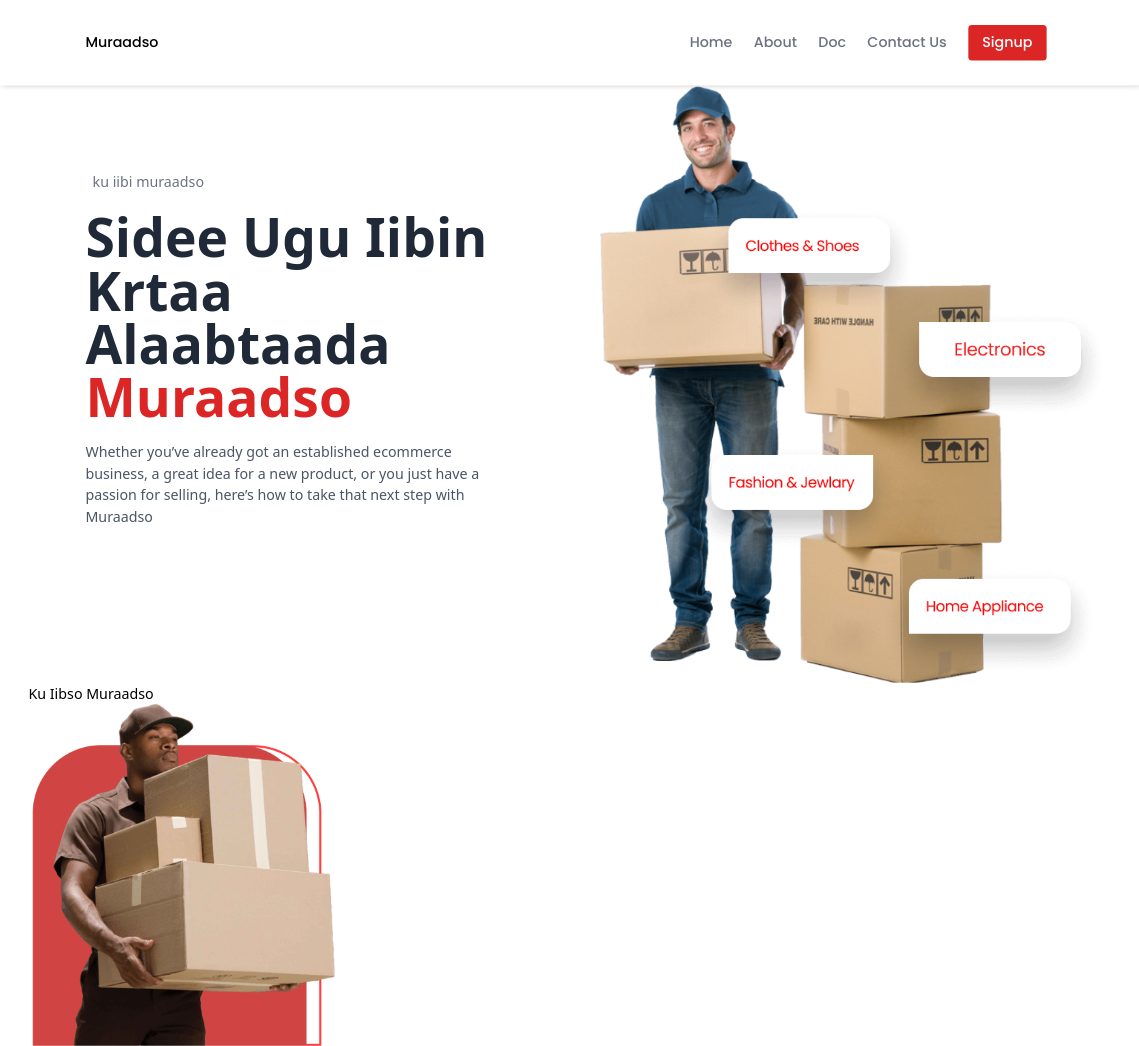
Repository: muraadso/Muraadso-Sellers
Page: /
These files come from the project's save history. The page is drawn as it stood at one moment and after the next save; the edit follows.
The browser window is 1280 px wide. The pictures show the whole page, at 89% of full size.
The project was rebuilt for these pictures with package versions that can differ from the ones it lists, and the page was loaded fresh each time. The framework's server and built-in components were replaced by stand-ins that run in the browser. Also part of the build but not shown: next.config.js.

Above is the page before, as saved 2021-12-05 19:35:01.

After the next save:
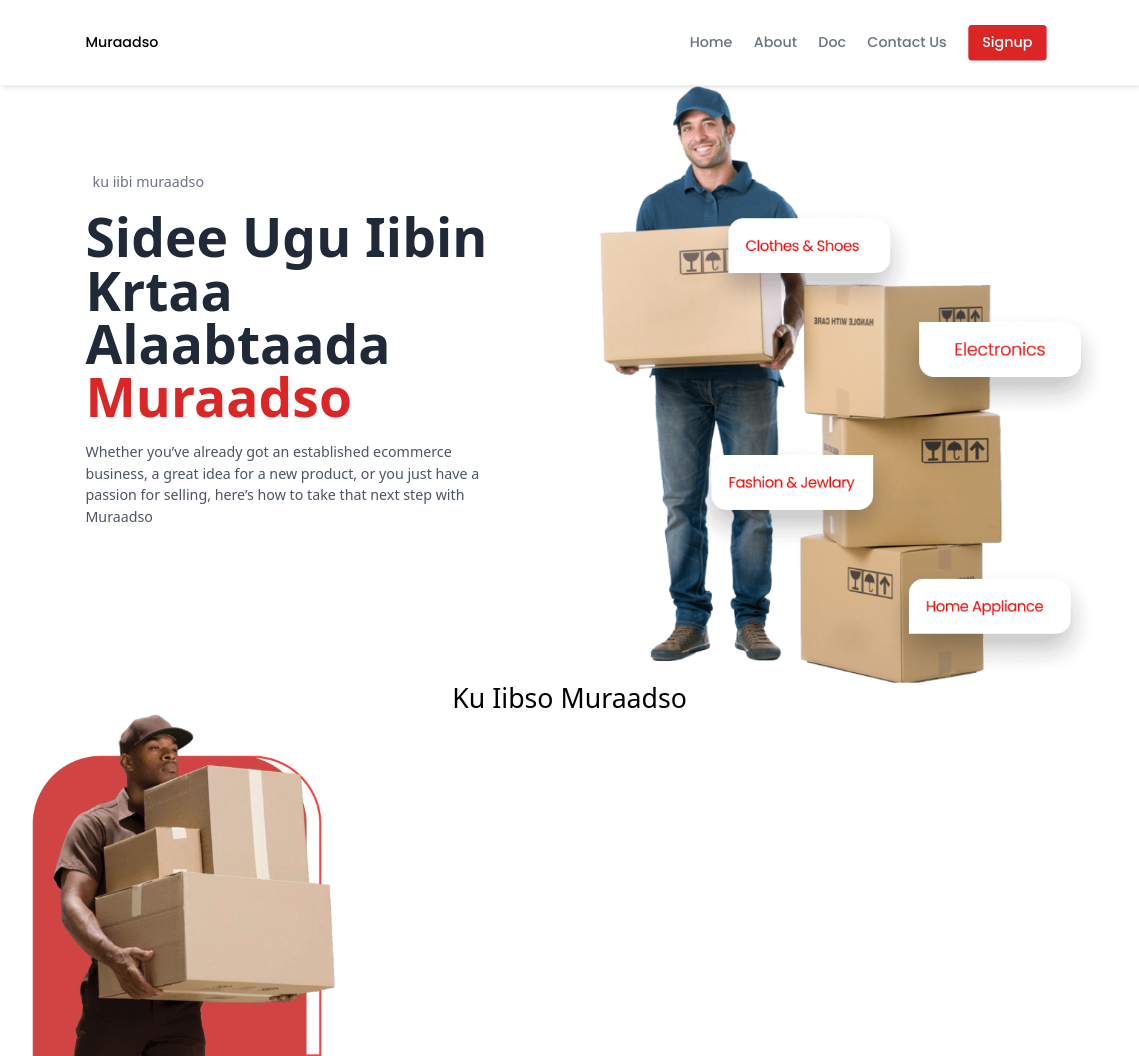
Saved 11 s later.
--- a/components/About.jsx
+++ b/components/About.jsx
@@ -2,7 +2,7 @@
 const About = () => {
     return (
         <div>
-            <h1 clas="text-center text-3xl">Ku Iibso Muraadso</h1>
+            <h1 className="text-3xl text-center">Ku Iibso Muraadso</h1>
             <img src="/images/aboutimage.png" className="md:h-96" alt="about image" />
         </div>
     )
